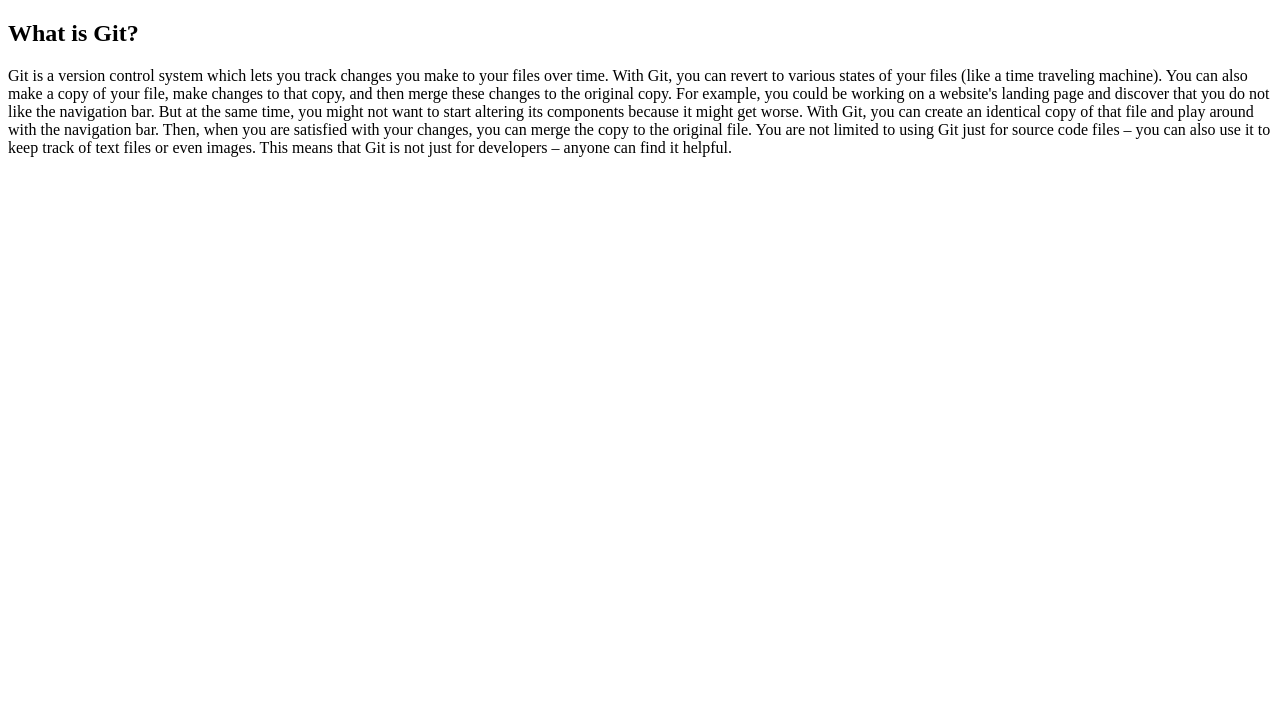
Repository: dev-singh-kanyal/Archive-git_github
Page: index.html
An editor plug-in stored every save of this project. The page is shown before and after a run of saves, followed by the edit.
The browser window is 1280 px wide. The pictures show the whole page.

Above is the page before, as saved 2022-06-24 15:17:33.

After the next 2 saves:
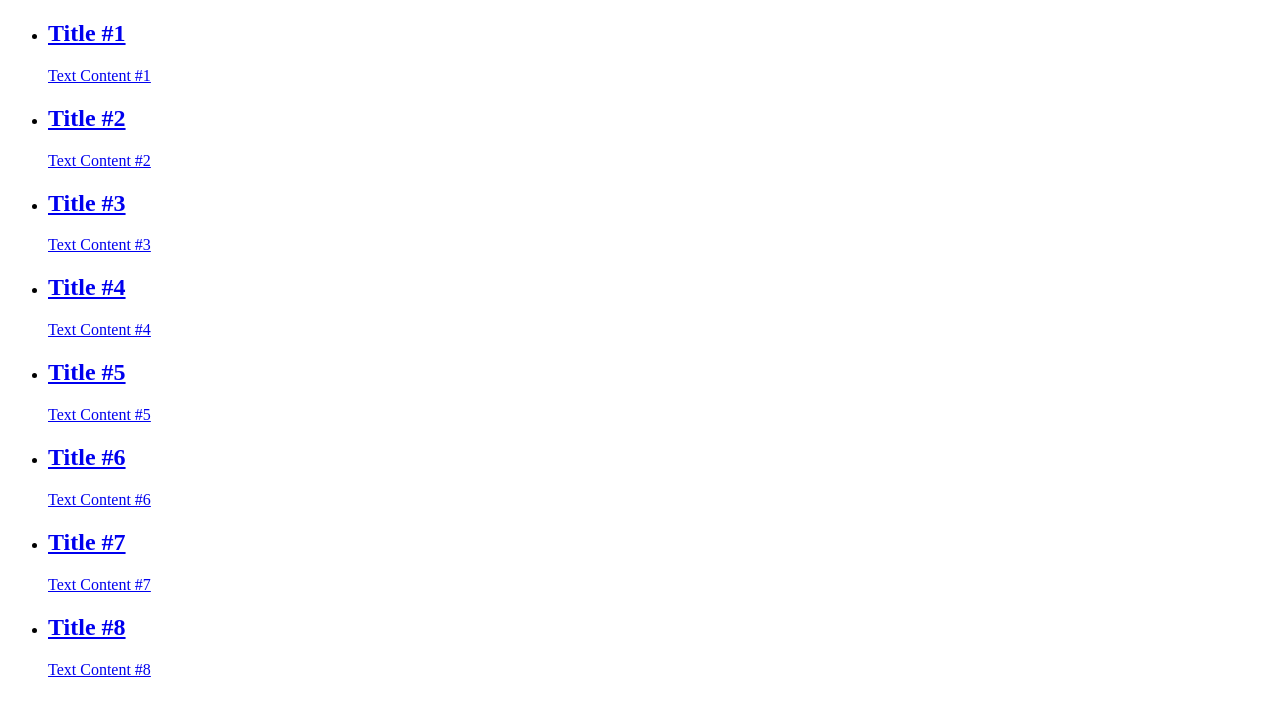
The 2 saves are shown as one change because they came seconds apart.
The last was saved 13 s later.
--- a/index.html
+++ b/index.html
@@ -7,13 +7,55 @@
     <title>Git and GitHub</title>
 </head>
 <body>
-<h2>What is Git?</h2>
-Git is a version control system which lets you track changes you make to your files over time. With Git, you can revert to various states of your files (like a time traveling machine). You can also make a copy of your file, make changes to that copy, and then merge these changes to the original copy.
-
-For example, you could be working on a website's landing page and discover that you do not like the navigation bar. But at the same time, you might not want to start altering its components because it might get worse.
-
-With Git, you can create an identical copy of that file and play around with the navigation bar. Then, when you are satisfied with your changes, you can merge the copy to the original file.
-
-You are not limited to using Git just for source code files – you can also use it to keep track of text files or even images. This means that Git is not just for developers – anyone can find it helpful.
+    <ul>
+        <li>
+          <a href="#" contenteditable>
+            <h2>Title #1</h2>
+            <p>Text Content #1</p>
+          </a>
+        </li>
+        <li>
+          <a href="#" contenteditable>
+            <h2>Title #2</h2>
+            <p>Text Content #2</p>
+          </a>
+        </li>
+        <li>
+          <a href="#" contenteditable>
+            <h2>Title #3</h2>
+            <p>Text Content #3</p>
+          </a>
+        </li>
+        <li>
+          <a href="#" contenteditable>
+            <h2>Title #4</h2>
+            <p>Text Content #4</p>
+          </a>
+        </li>
+        <li>
+          <a href="#" contenteditable>
+            <h2>Title #5</h2>
+            <p>Text Content #5</p>
+          </a>
+        </li>
+        <li>
+          <a href="#" contenteditable>
+            <h2>Title #6</h2>
+            <p>Text Content #6</p>
+          </a>
+        </li>
+        <li>
+          <a href="#" contenteditable>
+            <h2>Title #7</h2>
+            <p>Text Content #7</p>
+          </a>
+        </li>
+        <li>
+          <a href="#" contenteditable>
+            <h2>Title #8</h2>
+            <p>Text Content #8</p>
+          </a>
+        </li>
+      </ul>
 </body>
 </html>
